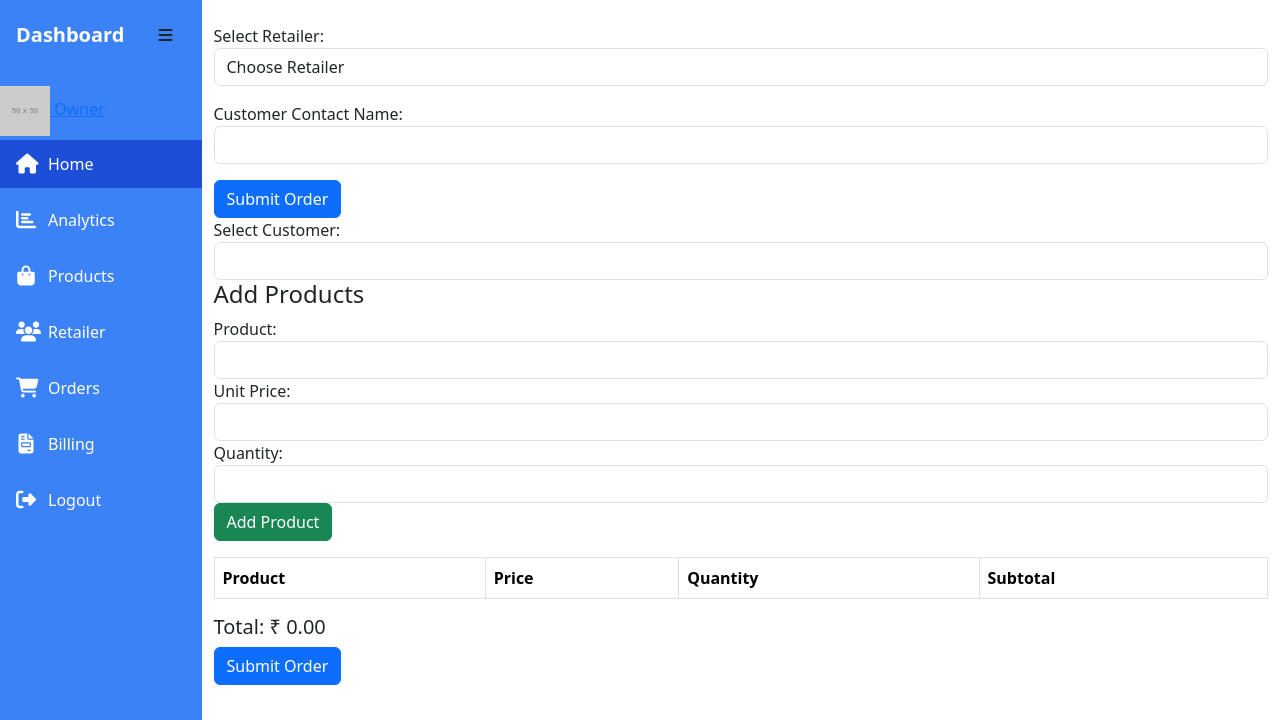
Repository: AditiAjitSalvi/Inventory_Managment
Page: http://localhost/Paper_inventory/NewFile.jsp
These files come from the project's save history. The page is drawn as it stood at one moment and after the next save; the edit follows.
The browser window is 1280 px wide. The pictures show the whole page.
The page is served by Tomcat 9. Queries for data that is not in the repository find no rows.

Above is the page before, as saved 2025-06-02 13:07:20.

After the next save:
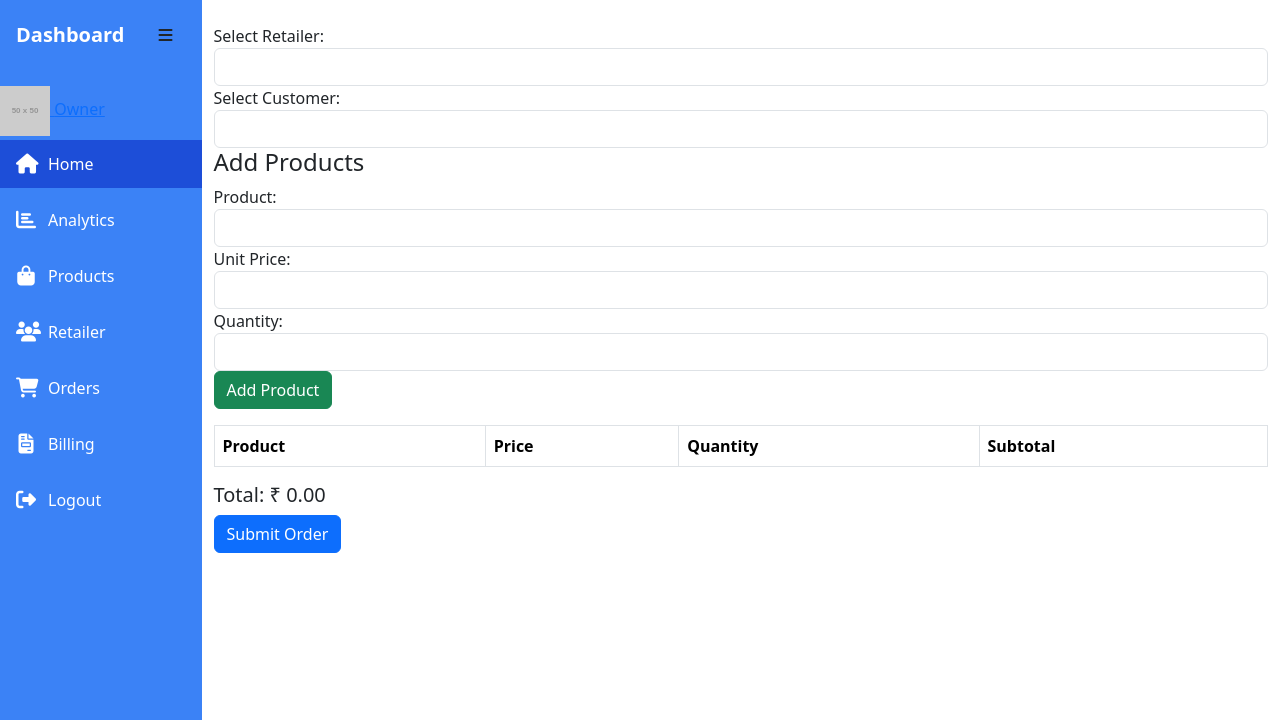
Saved 2 min 11 s later.
--- a/Paper_inventory/Paper_inventory/src/main/webapp/NewFile.jsp
+++ b/Paper_inventory/Paper_inventory/src/main/webapp/NewFile.jsp
@@ -309,39 +309,28 @@ body {
 
 		<form action="SaveOrderServlet" method="post" class="container mt-4">
 			<!-- Retailer Dropdown -->
-			<div class="form-group mb-3">
-        <label for="retailer">Select Retailer:</label>
-        <select class="form-control" id="retailer" name="retailerId" required onchange="setCustomerFromRetailer()">
-            <option value="" disabled selected>Choose Retailer</option>
-            <%
-            try {
-                Class.forName("com.mysql.jdbc.Driver");
-                Connection con = DriverManager.getConnection("jdbc:mysql://localhost:3307/inventory", "root", "");
-                Statement stmt = con.createStatement();
-                ResultSet rs = stmt.executeQuery("SELECT id, name, contact_name FROM retailers");
-                while (rs.next()) {
-            %>
-            <option value="<%=rs.getInt("id")%>"
-                data-contact="<%=rs.getString("contact_name")%>">
-                <%=rs.getString("name")%>
-            </option>
-            <%
-                }
-                con.close();
-            } catch (Exception e) {
-                out.println("Error loading retailers.");
-            }
-            %>
-        </select>
-    </div>
-
-    <!-- Customer Name (Auto-selected from Retailer) -->
-    <div class="form-group mb-3">
-        <label for="customer">Customer Contact Name:</label>
-        <input type="text" class="form-control" id="customer" name="customerName" readonly />
-    </div>
-
-    <button type="submit" class="btn btn-primary">Submit Order</button>
+			<div class="form-group">
+				<label for="retailer">Select Retailer:</label> <select
+					class="form-control" id="retailer" name="retailerId" required>
+					<%
+					try {
+						Class.forName("com.mysql.jdbc.Driver");
+						Connection con = DriverManager.getConnection("jdbc:mysql://localhost:3307/inventory", "root", "");
+						Statement stmt = con.createStatement();
+						ResultSet rs = stmt.executeQuery("SELECT id , name FROM retailers");
+						while (rs.next()) {
+					%>
+					<option value="<%=rs.getInt("id")%>"><%=rs.getString("name")%></option>
+					<%
+					}
+					con.close();
+					} catch (Exception e) {
+					out.println("Error loading retailers.");
+					}
+					%>
+				</select>
+			</div>
+
 			<!-- Customer Name -->
 			<div class="form-group">
 				<label for="customer">Select Customer:</label> <select
@@ -430,13 +419,5 @@ body {
 			<!-- Submit -->
 			<button type="submit" class="btn btn-primary">Submit Order</button>
 		</form>
-		<script>
-		 function setCustomerFromRetailer() {
-		        var retailerSelect = document.getElementById("retailer");
-		        var selectedOption = retailerSelect.options[retailerSelect.selectedIndex];
-		        var contactName = selectedOption.getAttribute("data-contact");
-		        document.getElementById("customer").value = contactName;
-		    }
-		</script>
 </body>
 </html>
